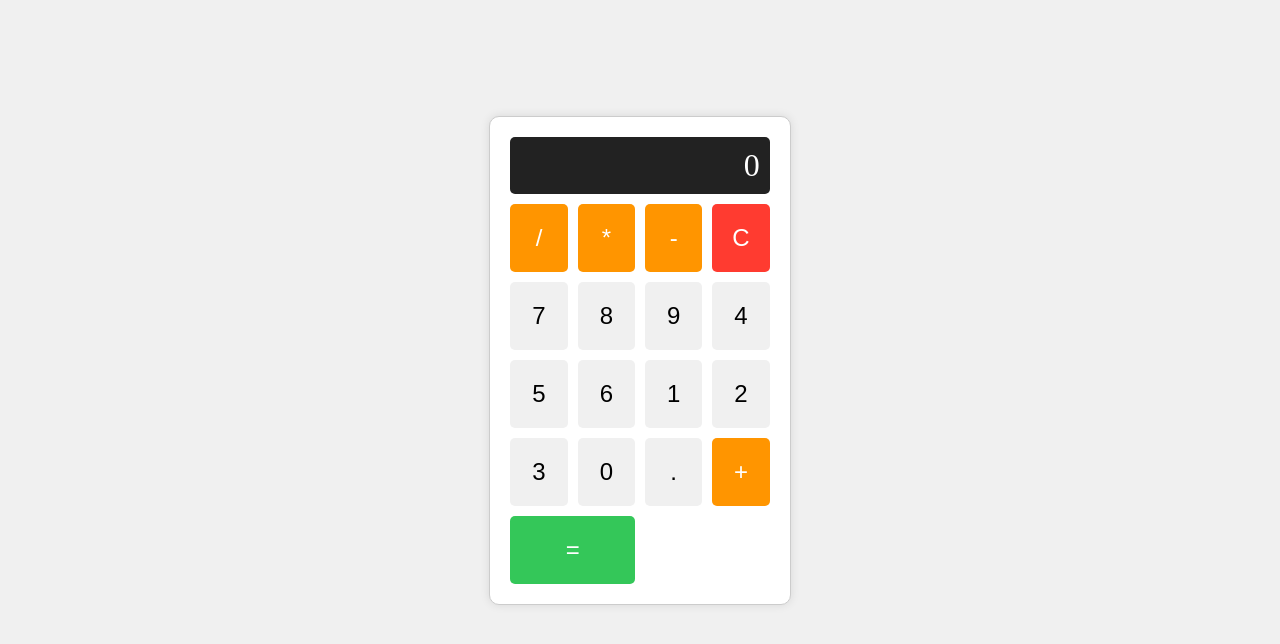
Repository: alizey12/calculator
Page: index.html
An editor plug-in stored every save of this project. The page is shown before and after a run of saves, followed by the edit.
The browser window is 1280 px wide. The pictures show the whole page.

Above is the page before, as saved 2024-11-23 18:32:22.

After the next 2 saves:
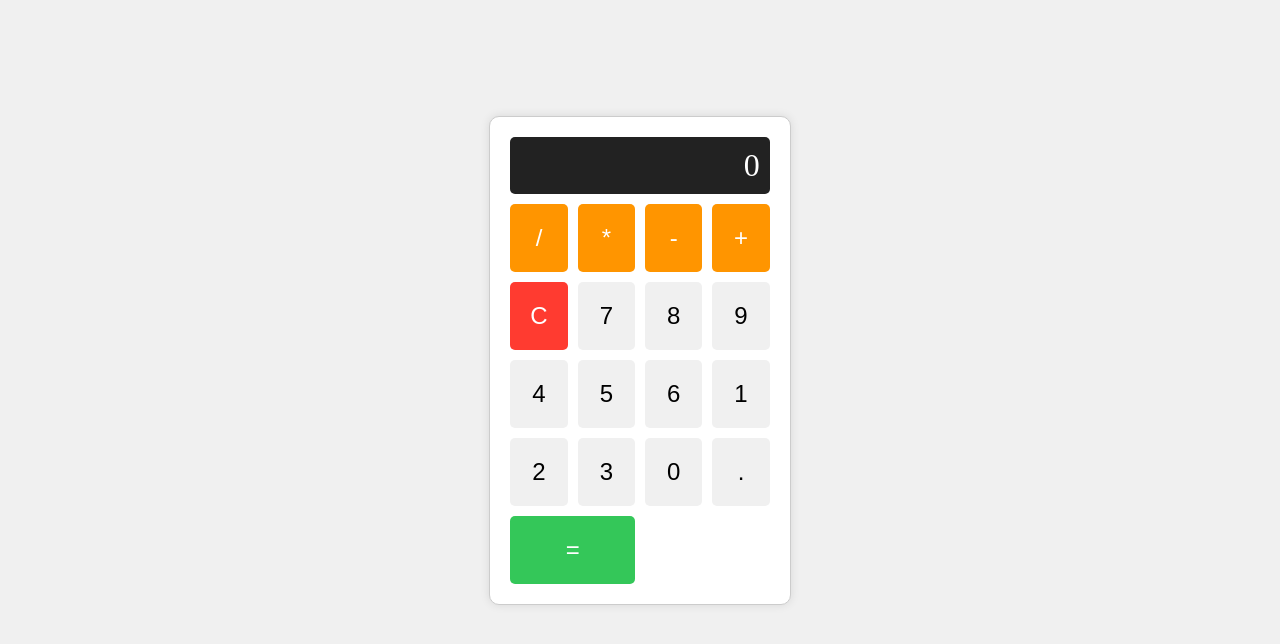
The 2 saves are shown as one change because they came seconds apart.
The last was saved 13 s later.
--- a/index.html
+++ b/index.html
@@ -14,7 +14,7 @@
             <div class="buttons">
                 <button class="btn operator">/</button>
                 <button class="btn operator">*</button>
-                <button class="btn operator">-</button>
+                <button class="btn operator">-</button> <button class="btn operator">+</button>
                 <button class="btn" id="clear">C</button>
                 <button class="btn">7</button>
                 <button class="btn">8</button>
@@ -31,7 +31,7 @@
                 <button class="btn">0</button>
                 <button class="btn">.</button>
 
-                <button class="btn operator">+</button>
+
                 <button class="btn operator" id="equals">=</button>
             </div>
         </div>
